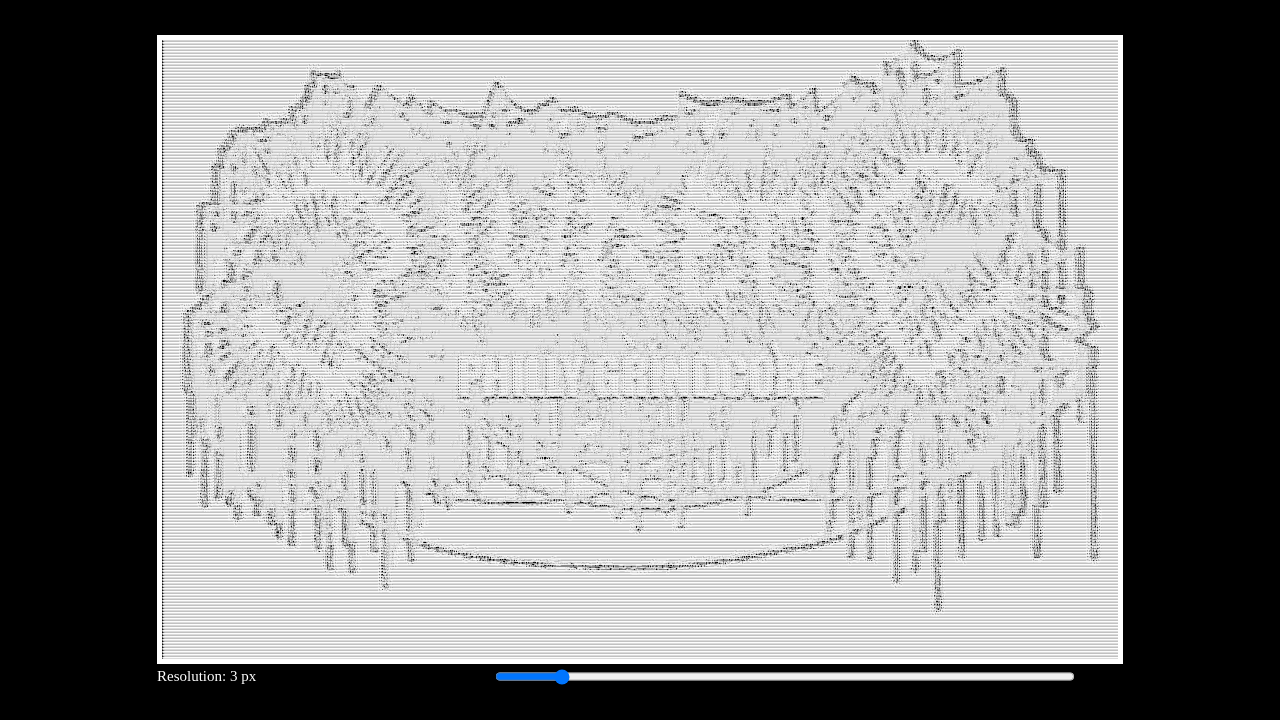
Repository: rosieomusic/ascii-art
Page: index.html
These files come from the project's save history. The page is drawn as it stood at one moment and after the next save; the edit follows.
The browser window is 1280 px wide. The pictures show the whole page.

Above is the page before, as saved 2025-04-16 18:24:00.

### index.html
<!DOCTYPE html>
<html>
	<head>
		<meta charset="UTF-8" />
		<meta
			http-equiv="X-UA-Compatible"
			content="IE-edge"
		/>
		<title>Pixels</title>
		<link
			rel="stylesheet"
			href="styles.css"
		/>
	</head>
	<body>
		<div class="container">
			<canvas id="canvas1"></canvas>
			<div class="controls">
				<label
					for="resolution"
					id="resolutionLabel"
					>Resolution 5 px</label
				>
				<input
					type="range"
					id="resolution"
					name="resolution"
					min="1"
					max="20"
					value="3"
				/>
			</div>
		</div>

		<script src="script.js"></script>
	</body>
</html>

### styles.css
* {
	margin: 0;
	padding: 0;
	box-sizing: border-box;
}
body {
	background: black;
}
.container {
	position: absolute;

	top: 50%;
	left: 50%;
	transform: translate(-50%, -50%);
}
#canvas1 {
	border: 5px solid white;
}
.controls {
	display: flex;
}
.controls > input {
	width: 60%;
}
.controls > label {
	width: 35%;
	color: white;
	font-size: 15px;
}

### script.js
const inputSlider = document.getElementById('resolution');
const inputLabel = document.getElementById('resolutionLabel');
const canvas = document.getElementById('canvas1');
const ctx = canvas.getContext('2d');

const image1 = new Image();
image1.src = 'img/logo.jpeg';
inputSlider.addEventListener('change', handleSlider);

class Cell {
	constructor(x, y, symbol, color, size) {
		this.x = x;
		this.y = y;
		this.symbol = symbol;
		this.color = color;
		this.size = size;
	}
	draw(ctx) {
		ctx.font = `${this.size * 2}px 'Courier New'`;
		//ctx.fillStyle = 'white';
		//ctx.fillText(this.symbol, this.x + 1, this.y + 1, +this.size);

		ctx.fillStyle = this.color;
		ctx.fillText(this.symbol, this.x, this.y + this.size);
	}
}
class AsciiEffect {
	#imageCellArray = [];
	#pixels = [];
	#ctx;
	#width;
	#height;
	constructor(ctx, width, height) {
		this.#ctx = ctx;
		this.#width = width;
		this.#height = height;
		this.#ctx.drawImage(image1, 0, 0, this.#width, this.#height);
		this.#pixels = this.#ctx.getImageData(0, 0, this.#width, this.#height);
		console.log(this.#pixels.data);
	}
	#convertToSymbol(g) {
		const asciiGradient =
			'$@B%8&WM#*oakhbdpqwmZO0QCLJUYXzcvunxrjft/|)(1}{][?-_+~i!lI;:,"^`.';
		const index = Math.floor((g / 255) * (asciiGradient.length - 1));
		return asciiGradient[index];
	}

	#scanImage(cellSize) {
		this.#imageCellArray = [];
		const stepX = Math.floor(cellSize / 3);
		const stepY = cellSize;
		for (let y = 0; y < this.#pixels.height; y += stepY) {
			for (let x = 0; x < this.#pixels.width; x += stepX) {
				if (x >= this.#pixels.width || y >= this.#pixels.height) continue;
				const posX = x * 4;
				const posY = y * 4;
				const pos = (y * this.#pixels.width + x) * 4;

				if (this.#pixels.data[pos + 3] > 128) {
					const red = this.#pixels.data[pos];
					const green = this.#pixels.data[pos + 1];
					const blue = this.#pixels.data[pos + 2];
					const grayscale = 0.2126 * red + 0.7152 * green + 0.0722 * blue;

					const color = 'white';
					const total = red + green + blue;
					const averageColorValue = total / 3;
					//const color = `rgb(${red}, ${green}, ${blue})`;
					const symbol = this.#convertToSymbol(grayscale);
					if (symbol)
						this.#imageCellArray.push(new Cell(x, y, symbol, color, cellSize));
				}
			}
		}
		console.log(this.#imageCellArray);
	}
	#drawAscii() {
		this.#ctx.clearRect(0, 0, this.#width, this.#height);
		for (let i = 0; i < this.#imageCellArray.length; i++) {
			this.#imageCellArray[i].draw(this.#ctx);
		}
	}
	draw(cellSize) {
		this.#scanImage(cellSize);
		this.#drawAscii();
	}
}
let effect;
function handleSlider() {
	console.log('Slider value: ', inputSlider.value);
	if (inputSlider.value == 1) {
		inputLabel.innerHTML = 'Original Image';
		ctx.drawImage(image1, 0, 0, canvas.width, canvas.height);
	} else {
		inputLabel.innerHTML = 'Resolution: ' + inputSlider.value + ' px';
		ctx.font = parseInt(inputSlider.value) * 2 + 'px Courier New';
		effect.draw(parseInt(inputSlider.value));
	}
}
image1.onload = function initialize() {
	console.log('Image loaded: ', image1.src);
	console.log('Image dimiensions: ', image1.width, image1.height);

	canvas.width = image1.width;
	canvas.height = image1.height;
	ctx.drawImage(image1, 0, 0);

	const base64Image = canvas.toDataURL('img/logo.jpeg');
	console.log('Base64 image:', base64Image);

	effect = new AsciiEffect(ctx, image1.width, image1.height);
	//effect.draw(parseInt(inputSlider.value));
	handleSlider();
};

After the next save:
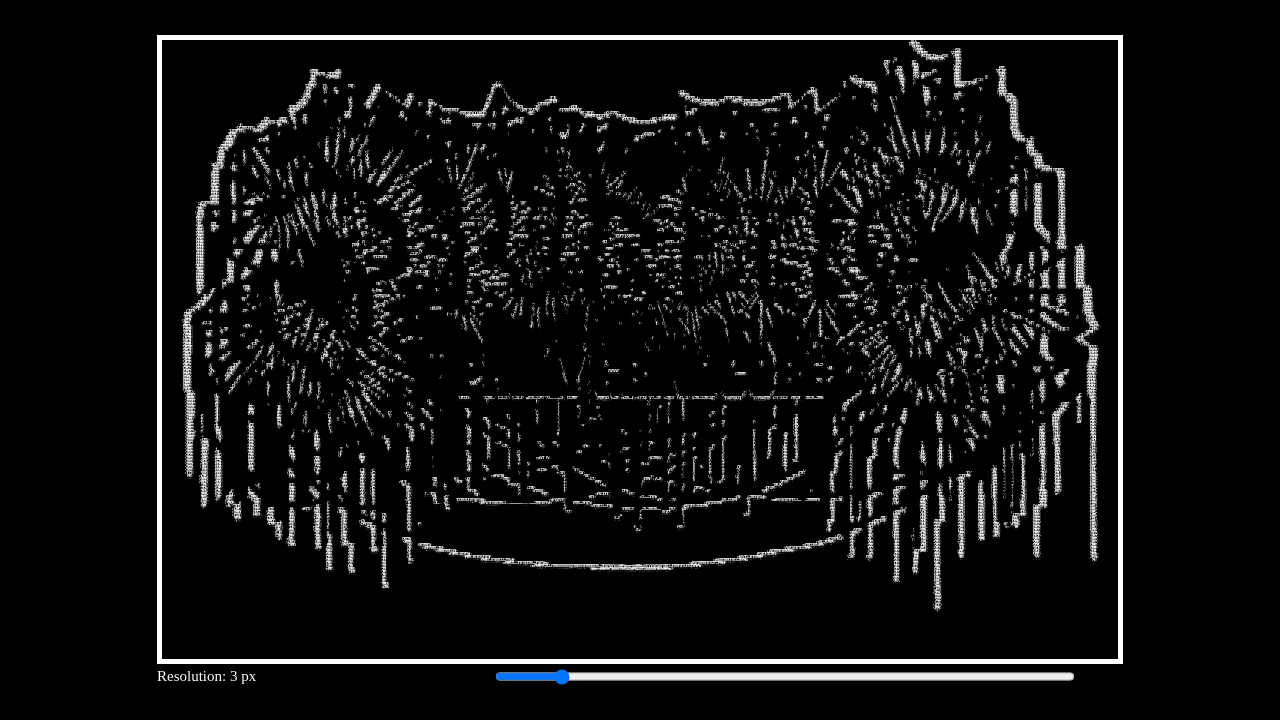
Saved 42 s later.
--- a/script.js
+++ b/script.js
@@ -62,7 +62,8 @@
 					const blue = this.#pixels.data[pos + 2];
 					const grayscale = 0.2126 * red + 0.7152 * green + 0.0722 * blue;
 
-					const color = 'white';
+					//const color = 'white';
+					const color = grayscale > 128 ? 'white' : 'black';
 					const total = red + green + blue;
 					const averageColorValue = total / 3;
 					//const color = `rgb(${red}, ${green}, ${blue})`;
